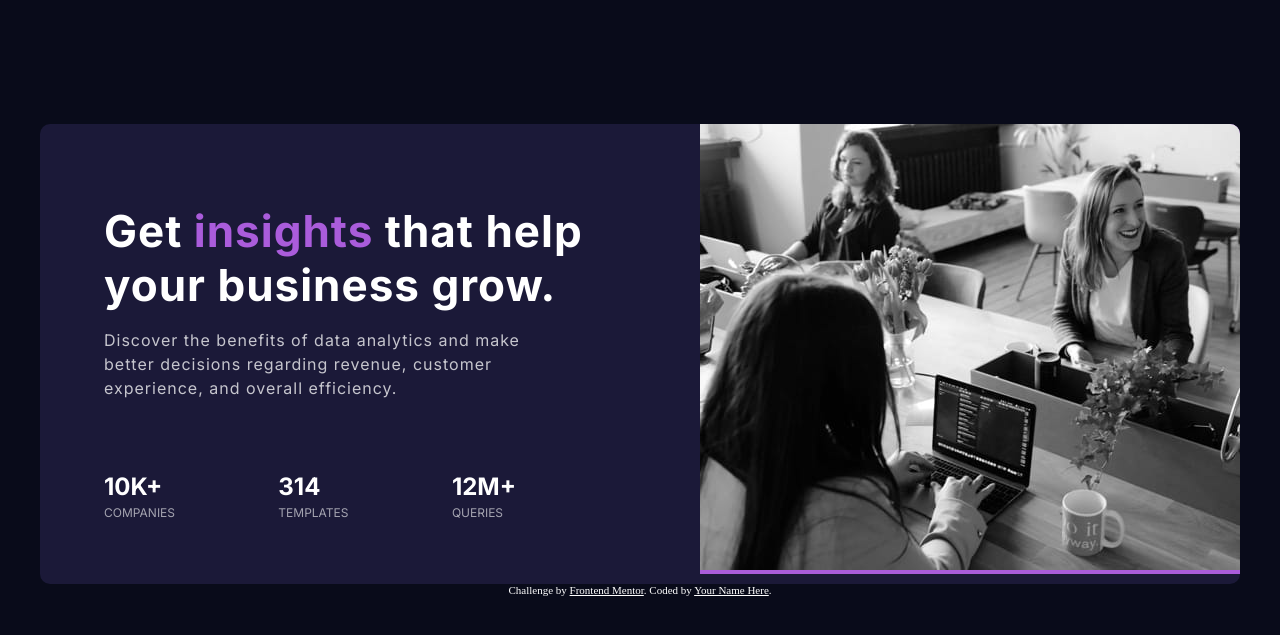
Repository: PratypartyY2K/frontendmentor-challenges
Page: stats-preview-card-component-main/index.html
These files come from the project's save history. The page is drawn as it stood at one moment and after the next save; the edit follows.
The browser window is 1280 px wide. The pictures show the whole page.

Above is the page before, as saved 2021-07-14 01:02:41.

After the next save:
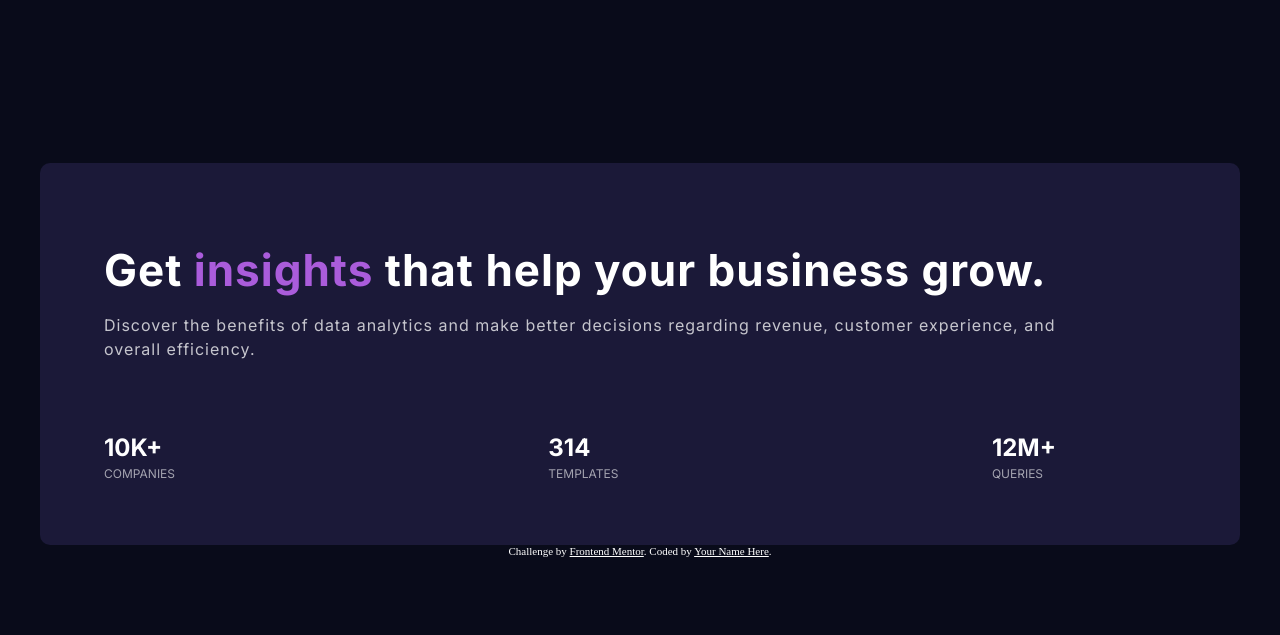
Saved 9 s later.
--- a/stats-preview-card-component-main/index.html
+++ b/stats-preview-card-component-main/index.html
@@ -47,7 +47,7 @@
       </div>
     </div>
     <div class="img-container">
-      <img src="images/image-header-desktop.jpg">
+
     </div>
   </div>
 
